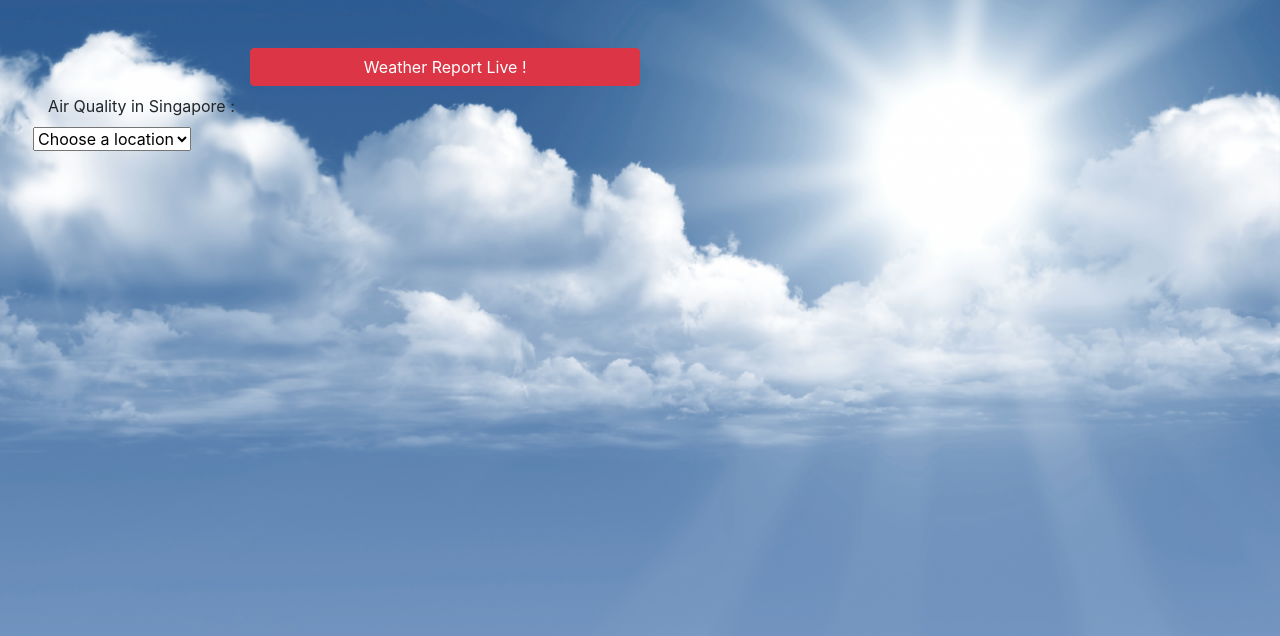
Repository: Code-Institute-Submissions/projectchen88-weatherForecast
Page: index.html
The author's editor kept a record of every edit. The page is drawn from the files as they stood at one moment, then again after the next edit.
The browser window is 1280 px wide. The pictures show the whole page.
The page's requests for data from a server got no answer.

Above is the page before.
Console error (its wording comes from the project's code and is left out).

### index.html
<!doctype html>
<html lang="en">

<head>
    <!-- Required meta tags -->
    <meta charset="utf-8">
    <meta name="viewport" content="width=device-width, initial-scale=1, shrink-to-fit=no">
    <!--AXIOS link-->
    <script src="https://unpkg.com/axios/dist/axios.min.js"></script>
    <!-- Bootstrap CSS -->
    <link rel="stylesheet" href="https://stackpath.bootstrapcdn.com/bootstrap/4.4.1/css/bootstrap.min.css" integrity="sha384-Vkoo8x4CGsO3+Hhxv8T/Q5PaXtkKtu6ug5TOeNV6gBiFeWPGFN9MuhOf23Q9Ifjh" crossorigin="anonymous">
    <!--Custom CSS-->
    <link rel="stylesheet" href="styles/style.css" type="text/css" />
    <title>Hello, world!</title>
</head>

<body>
    <main id='main-page' class='container-fluid p-5'>
        <div class="row">
            <div class="col-8 mx-auto">
                <h1 class='btn btn-danger w-50'> Weather Report Live ! </h1>
            </div>

            <div class='col-12'> Air Quality in Singapore : <span id='status'></span></div>

            <hr/>

            <div>
                <div>
                    <select id="select">
                    <option>Choose a location</option>
                </select>
                </div>
                <div>
                    <p id='weather'></p>
                </div>
            </div>
        </div>
    </main>


    <!-- Optional JavaScript -->
    <!-- jQuery first, then Popper.js, then Bootstrap JS -->
    <script src="https://code.jquery.com/jquery-3.4.1.js" integrity="sha256-WpOohJOqMqqyKL9FccASB9O0KwACQJpFTUBLTYOVvVU=" crossorigin="anonymous"></script>
    <script src="https://cdn.jsdelivr.net/npm/popper.js@1.16.0/dist/umd/popper.min.js" integrity="sha384-Q6E9RHvbIyZFJoft+2mJbHaEWldlvI9IOYy5n3zV9zzTtmI3UksdQRVvoxMfooAo" crossorigin="anonymous"></script>
    <script src="https://stackpath.bootstrapcdn.com/bootstrap/4.4.1/js/bootstrap.min.js" integrity="sha384-wfSDF2E50Y2D1uUdj0O3uMBJnjuUD4Ih7YwaYd1iqfktj0Uod8GCExl3Og8ifwB6" crossorigin="anonymous"></script>
    <!--Custom JS script-->
    <script type="text/javascript" src="scripts/script.js"></script>
</body>

</html>

### scripts/script.js
/*  global $ axios */

var source1 = "https://api.data.gov.sg/v1/environment/2-hour-weather-forecast"
var source2 = "https://api.data.gov.sg/v1/environment/4-day-weather-forecast"
var forecastData =[]
var tempData =[]
var option =[]
var status


//AXIO TO GET DATA FROM JSON FILE (local)
function getForecast(callback) {
  axios.get(source1)
    .then(function(response) {
      let result = response.data;
      console.log(result)
      callback(result)
    })
}
function getTemp(callback) {
  axios.get(source2)
    .then(function(response) {
      let result = response.data.items[0].forecasts;
      console.log(result)
      callback(result)
    })
}
function displayDailyForecast( day ) {
  document.getElementById("forecast-title").innerHTML="Weather Forecast for date : " +tempData[day].date
  document.getElementById("forecast").innerHTML=tempData[day].forecast
  document.getElementById("humidity-high").innerHTML=tempData[day].relative_humidity.high
  document.getElementById("humidity-low").innerHTML=tempData[day].relative_humidity.low
  document.getElementById("temperature-high").innerHTML=tempData[day].temperature.high
  document.getElementById("temperature-low").innerHTML=tempData[day].temperature.low
  document.getElementById("wind-direction").innerHTML="The wind will be blowing in the "+tempData[day].wind.direction+" direction"
  document.getElementById("wind-speed-high").innerHTML=tempData[day].wind.speed.high
  document.getElementById("wind-speed-low").innerHTML=tempData[day].wind.speed.low

}
getTemp(function(data){
  tempData = data;
  tempData.count = 0 // tracker for the day result that is displayed
  displayDailyForecast (tempData.count)
  document.getElementById("forecast").innerHTML=tempData[0].forecast
})

getForecast( function(data) {
    forecastData = data
    status = forecastData.api_info.status
    document.getElementById("status").innerHTML = status;

    let forecastsArea = forecastData.items[0].forecasts

    var select = document.getElementById("select");
    for (let item in forecastsArea) {
      var el = document.createElement("option");
      el.textContent = forecastsArea[item].area;
      el.value = forecastsArea[item].area;
      select.appendChild(el);
    }
})

$ (function () {
  // $('#prev-day').hide();

  // Set the date of today to be displayed
  var d = new Date();
  var weekday = new Array(7);
  weekday[0] = "Sunday";
  weekday[1] = "Monday";
  weekday[2] = "Tuesday";
  weekday[3] = "Wednesday";
  weekday[4] = "Thursday";
  weekday[5] = "Friday";
  weekday[6] = "Saturday";
  var strDate = weekday[d.getDay()] + " : " + d.getDate() + " Day " + (d.getMonth()+1) + " Month " + d.getFullYear() + " Year " ;
  $('#dateToday').text(strDate)

  // Detect for change in option change in selection of area and display the weather
  $('#select').change(function(){
    // displayWeather()
    let forecastsArea = forecastData.items[0].forecasts
    for (let item in forecastsArea) {
      var select = $('#select').val()
      if (select == forecastsArea[item].area)
      $('#weather').text("The weather at "+ forecastsArea[item].area +" is expected to be "+forecastsArea[item].forecast)
    }
  })

  // Detect for change to view. forecast for next day
  $('#next-day').click( function () {
    if (tempData.count < 3) {
      tempData.count ++ ;
      displayDailyForecast(tempData.count)
      if (tempData.count >= 3) {
        // $('#next-day').hide()
      }
      $('#prev-day').text('<<')
    }
    else {
      $('#next-day').text('>>|')
    }
  })

  $('#prev-day').on('click', function () {
   if (tempData.count >= 0) {
      tempData.count -- ;
      displayDailyForecast(tempData.count)
      if (tempData.count <= 0 ) {
        $('#next-day').text(">>")
      }
      $('#prev-day').text('|<<')
    }
  })
})

Loaded but not shown: styles/style.css (common file)

After the next edit:
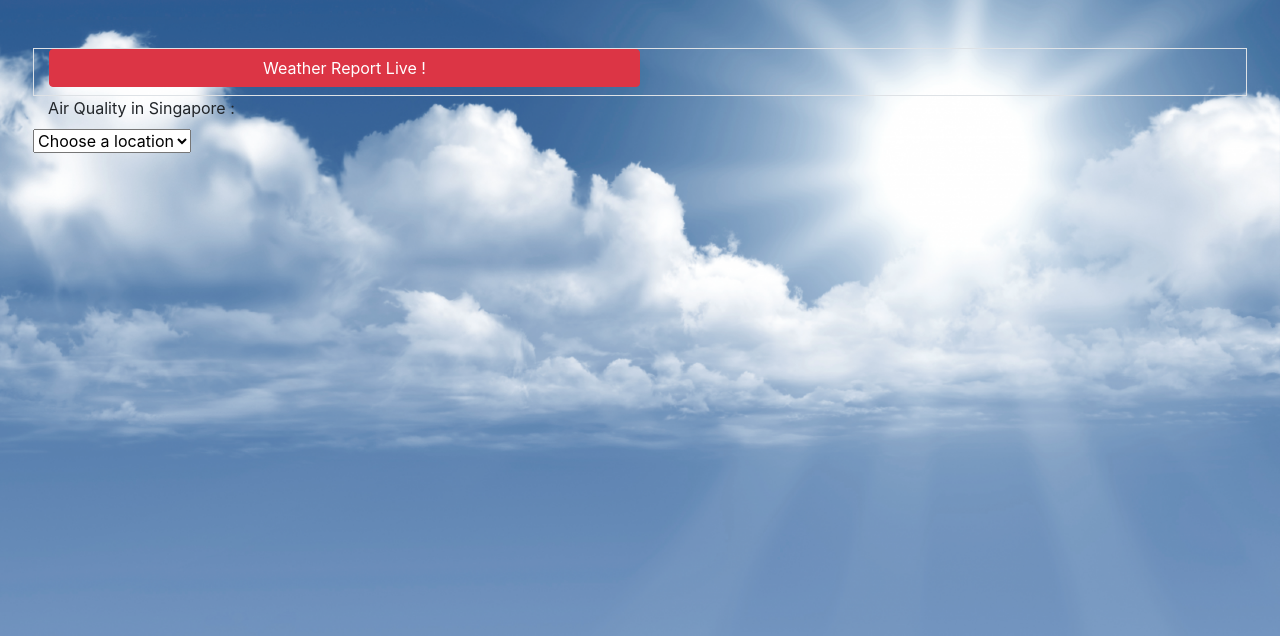
The edit:
--- a/index.html
+++ b/index.html
@@ -17,7 +17,12 @@
 <body>
     <main id='main-page' class='container-fluid p-5'>
         <div class="row">
-            <div class="col-8 mx-auto">
+            <div class="col-12 border">
+                <div class="row">
+                    <div class="col-6 mx-auto">
+
+                    </div>
+                </div>
                 <h1 class='btn btn-danger w-50'> Weather Report Live ! </h1>
             </div>
 
